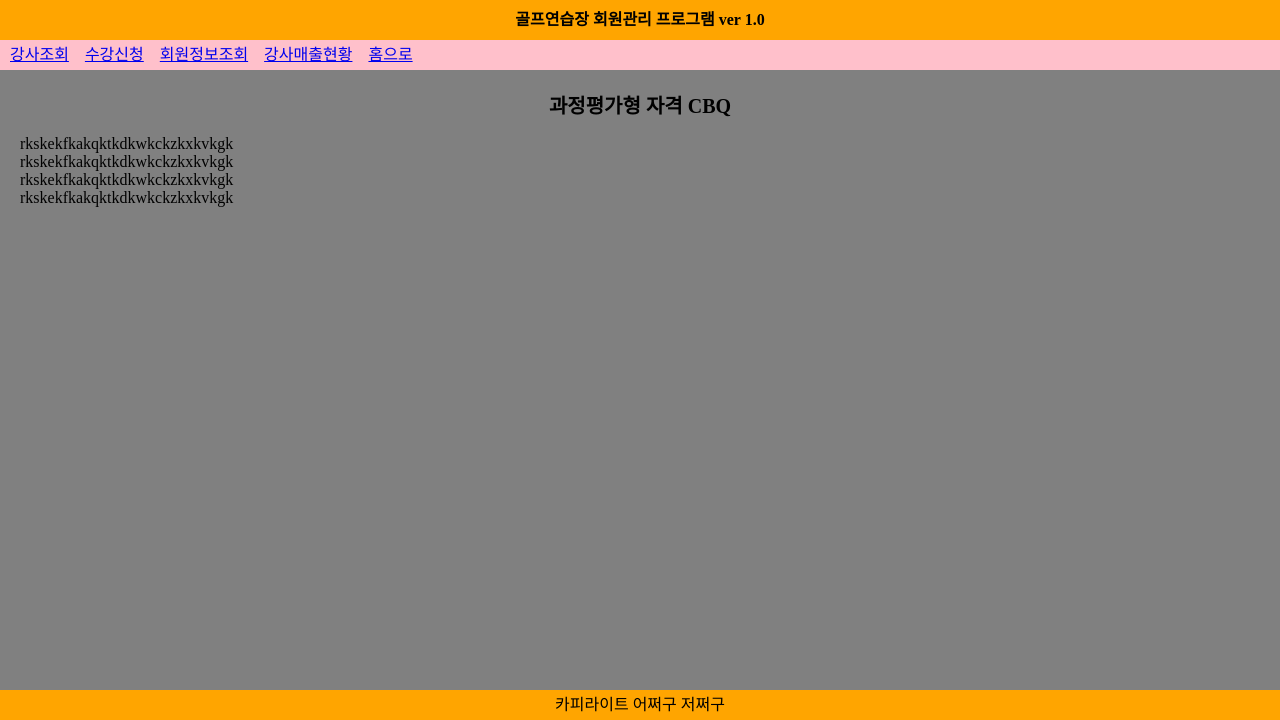
Repository: wjdwlgns1101/school_hrd
Page: http://localhost/hrd_30111_1_/m_list.jsp
An editor plug-in stored every save of this project. The page is shown before and after the next save, followed by the edit.
The browser window is 1280 px wide. The pictures show the whole page.
The page is served by Tomcat 9.

Above is the page before, as saved 2024-05-12 11:53:42.

### hrd_30111_(1)/hrd_30111(1)/src/main/webapp/m_list.jsp
<%@ page language="java" contentType="text/html; charset=UTF-8"
    pageEncoding="UTF-8"%>
<!DOCTYPE html>
<html>
<head>
<meta charset="UTF-8">
<title>Insert title here</title>
</head>
<body>
<jsp:include page="header.jsp"></jsp:include>
<section style="position: fixed; background-color: gray; top: 70px; text-align: center; left: 0; width: 100%; height: 100%; padding-top: 20px;">
<b style="font-size: 20px;">과정평가형 자격 CBQ</b>

<p style="text-align: left; padding-left: 20px;">
	rkskekfkakqktkdkwkckzkxkvkgk <br>
	rkskekfkakqktkdkwkckzkxkvkgk <br>
	rkskekfkakqktkdkwkckzkxkvkgk <br>
	rkskekfkakqktkdkwkckzkxkvkgk


</p>


</section>


<jsp:include page="footer.jsp"></jsp:include>
</body>
</html>

### hrd_30111_(1)/hrd_30111(1)/src/main/webapp/header.jsp
<%@ page language="java" contentType="text/html; charset=UTF-8"
    pageEncoding="UTF-8"%>
<!DOCTYPE html>
<html>
<head>
<meta charset="UTF-8">
<title>Insert title here</title>
</head>
<body>
<header style="position: fixed; background-color: orange; width: 100%; height: 40px; padding: 0; left: 0; top: 0; text-align: center; line-height: 40px;'">
	<b>골프연습장 회원관리 프로그램 ver 1.0</b>

<nav style="background-color: pink; text-align: left; padding-left: 10px; height: 30px; line-height: 30px;" >

	<a href="t_list.jsp">강사조회</a> &nbsp;&nbsp;
	<a href="insert.jsp">수강신청</a> &nbsp;&nbsp;
	<a href="#">회원정보조회</a> &nbsp;&nbsp;
	<a href="#">강사매출현황</a> &nbsp;&nbsp;
	<a href="index.jsp">홈으로</a>

</nav>

</header>


</body>
</html>

### hrd_30111_(1)/hrd_30111(1)/src/main/webapp/footer.jsp
<%@ page language="java" contentType="text/html; charset=UTF-8"
    pageEncoding="UTF-8"%>
<!DOCTYPE html>
<html>
<head>
<meta charset="UTF-8">
<title>Insert title here</title>
</head>
<body>
<footer style="position: fixed; background-color: orange; width: 100%; height: 30px; left: 0; bottom: 0; text-align: center; line-height: 30px;">
	카피라이트 어쩌구 저쩌구
</footer>
</body>
</html>

After the next save:
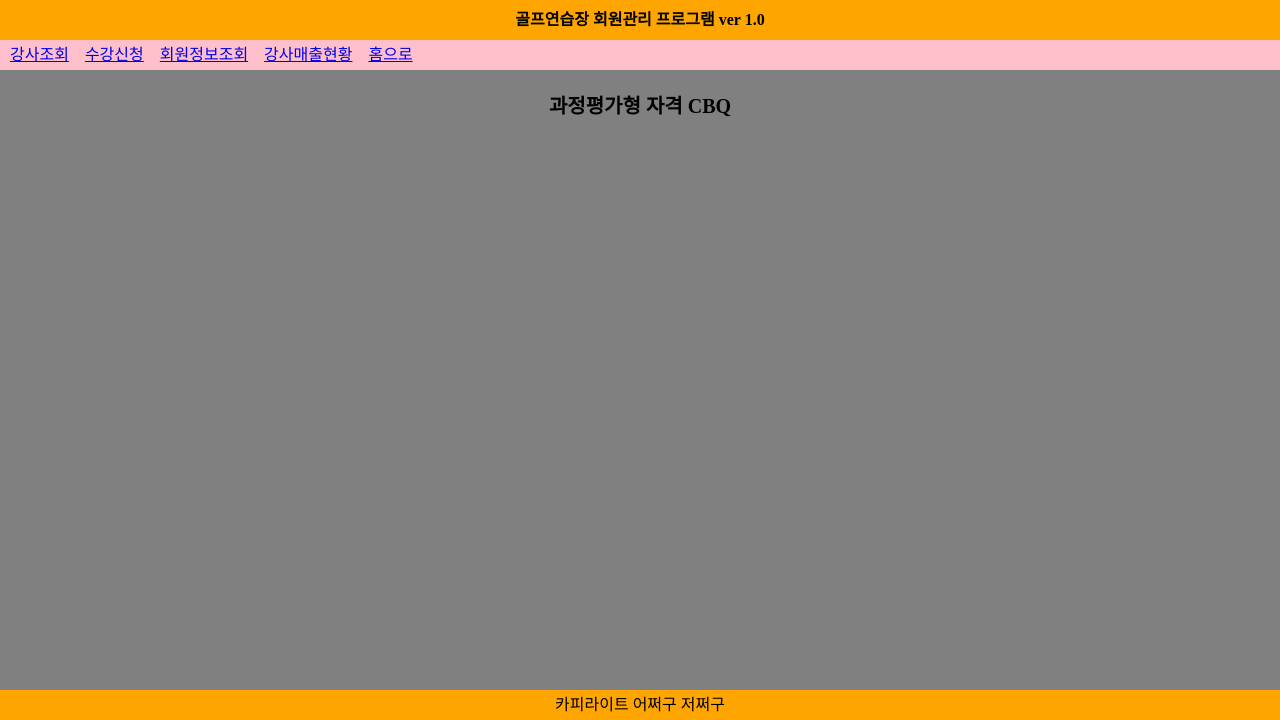
Saved 14 s later.
--- a/hrd_30111_(1)/hrd_30111(1)/src/main/webapp/m_list.jsp
+++ b/hrd_30111_(1)/hrd_30111(1)/src/main/webapp/m_list.jsp
@@ -11,14 +11,7 @@
 <section style="position: fixed; background-color: gray; top: 70px; text-align: center; left: 0; width: 100%; height: 100%; padding-top: 20px;">
 <b style="font-size: 20px;">과정평가형 자격 CBQ</b>
 
-<p style="text-align: left; padding-left: 20px;">
-	rkskekfkakqktkdkwkckzkxkvkgk <br>
-	rkskekfkakqktkdkwkckzkxkvkgk <br>
-	rkskekfkakqktkdkwkckzkxkvkgk <br>
-	rkskekfkakqktkdkwkckzkxkvkgk
 
-
-</p>
 
 
 </section>
